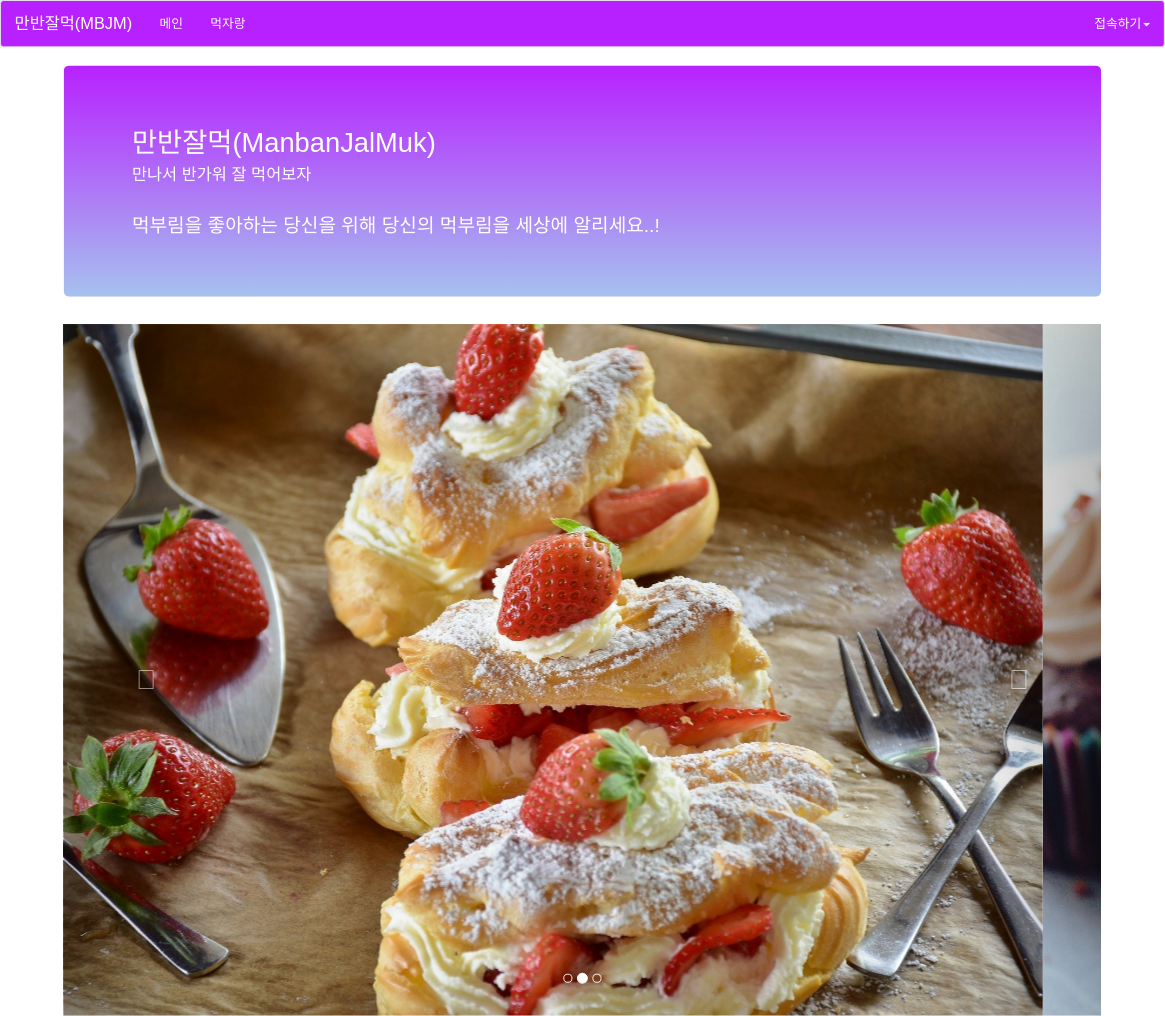
Repository: gimyoni/ManBanJalMuk
Page: http://localhost/text/main.jsp
An editor plug-in stored every save of this project. The page is shown before and after the next save, followed by the edit.
The browser window is 1280 px wide. The pictures show the whole page, at 91% of full size.
Some web fonts or font styles are not loaded; a fallback is used. Some web libraries are served in a nearby version. The page is served by Tomcat 9.

Above is the page before, as saved 2021-05-07 03:05:12.

After the next save:
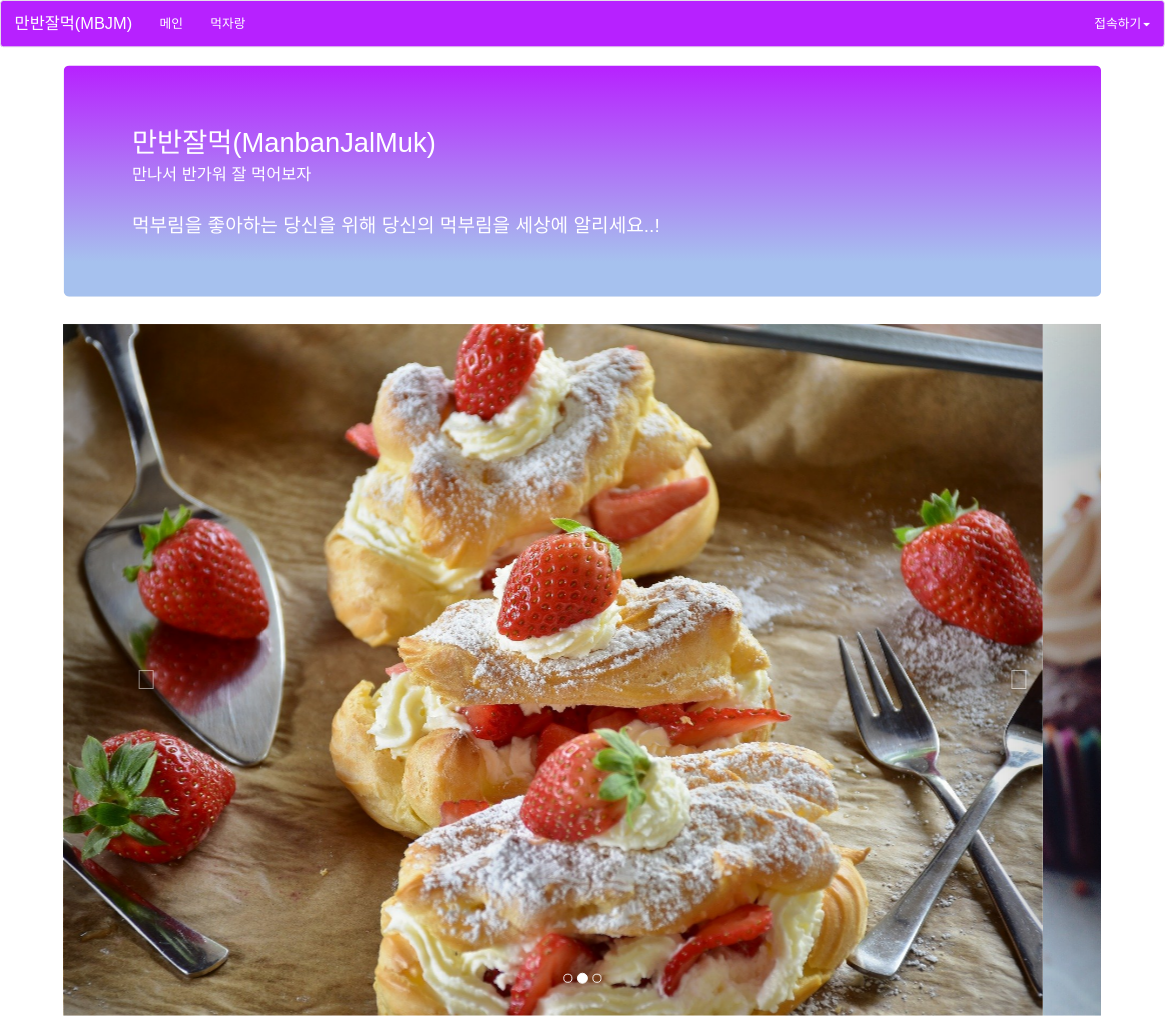
Saved 12 s later.
--- a/text/WebContent/css/custom.css
+++ b/text/WebContent/css/custom.css
@@ -9,7 +9,7 @@ h1{
 }
 .jumbotron{
 	color:white;
-	background-image: linear-gradient(to top,  #a6c1ee  0%, #b721ff 100%);
+	background-image: linear-gradient(to top,  #a6c1ee 15%, #b721ff 100%);
 }
 .navbar-default{
 	background-color:#b721ff;
